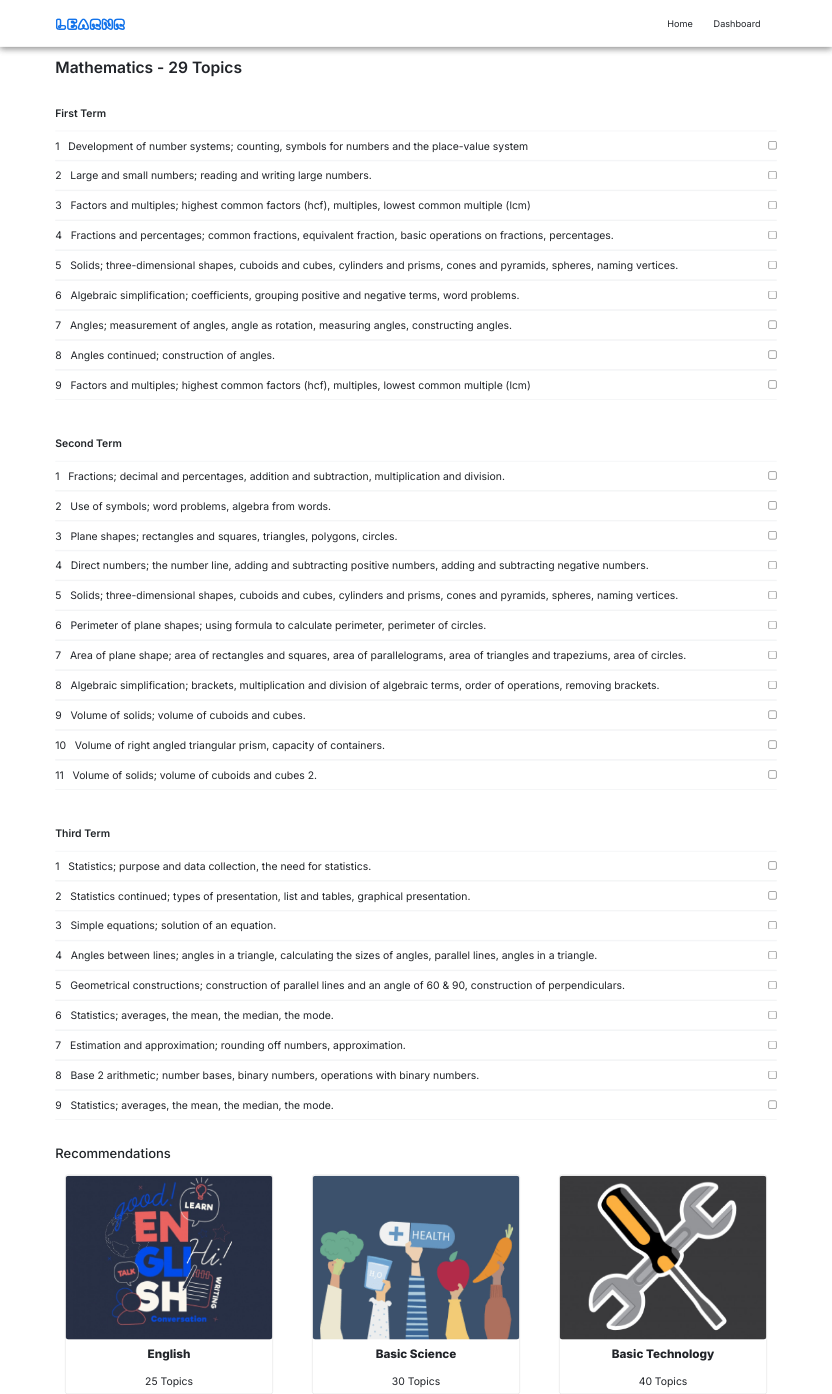
Repository: LearnrApp/Learnr-web-app-FE
Page: /topics/mathematics/js1
The author's editor kept a copy of each file at every save. The page is drawn from the files as they stood at one save, then again after the next save.
The browser window is 1280 px wide. The pictures show the whole page, at 65% of full size.
The project was rebuilt for these pictures with package versions that can differ from the ones it lists, and the page was loaded fresh each time. Also part of the build but not shown: src/components/Footer.js, src/components/Header/Button.js, src/components/Header/Background.js, src/components/classSelect/WelcomeJs1.js, src/components/classSelect/WelcomeJs2.js, src/components/classSelect/WelcomeJs3.js, src/components/classSelect/WelcomeSs1.js, src/components/classSelect/WelcomeSs2.js and 42 more.

Above is the page before, as saved 2020-08-13 10:44:16.

After the next save:
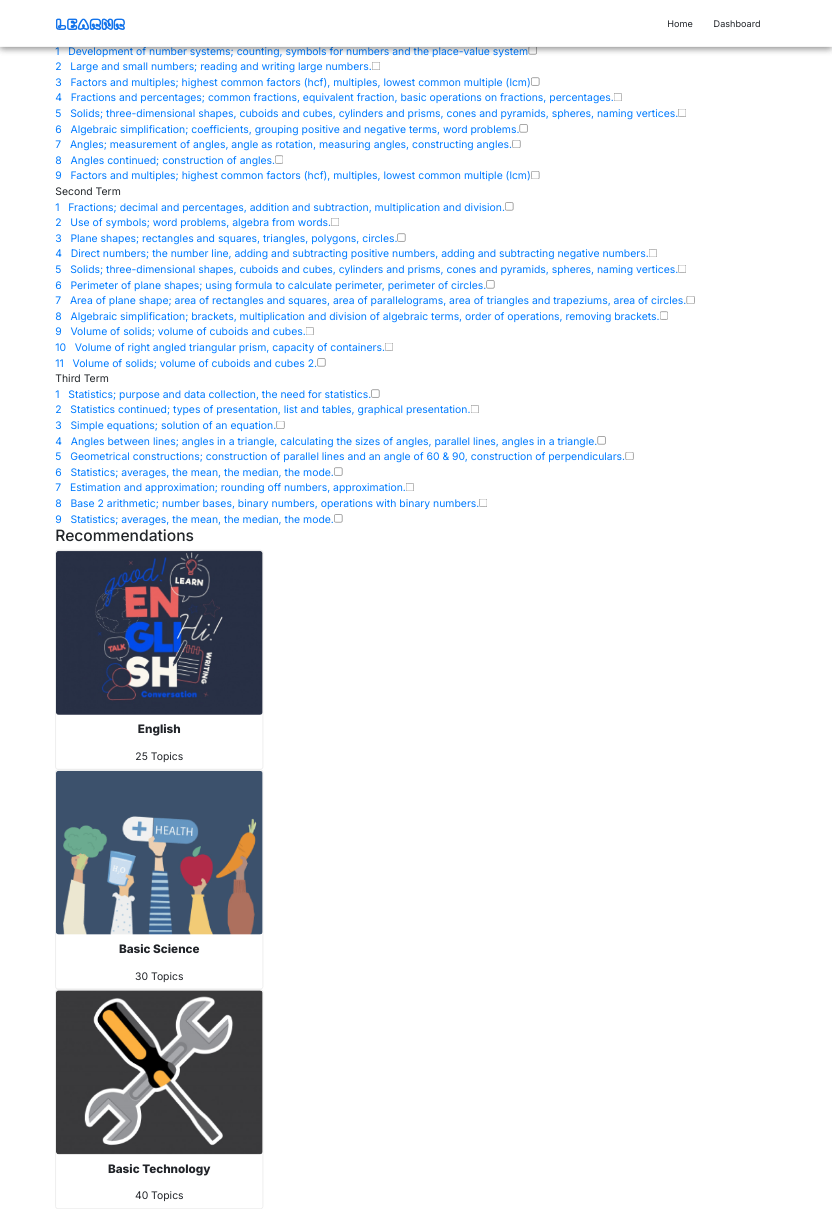
Saved 7 min 38 s later.
--- a/src/pages/topics/Js1Topics/MathematicsJs1.js
+++ b/src/pages/topics/Js1Topics/MathematicsJs1.js
@@ -3,7 +3,7 @@ import NavBar from '../../../components/navbar/NavBar'
 import NavBarUser from '../../../components/navbar/NavBarUser'
 import Helmet from "react-helmet";
 import {Link} from "react-router-dom";
-import '../../../styles/Topics.scss'
+// import '../../../styles/Topics.scss'
 import SubjectCard from "../../../components/SubjectCard";
 import English from "../../../images/english.png";
 import BasicScience from "../../../images/basic-sci.png";
